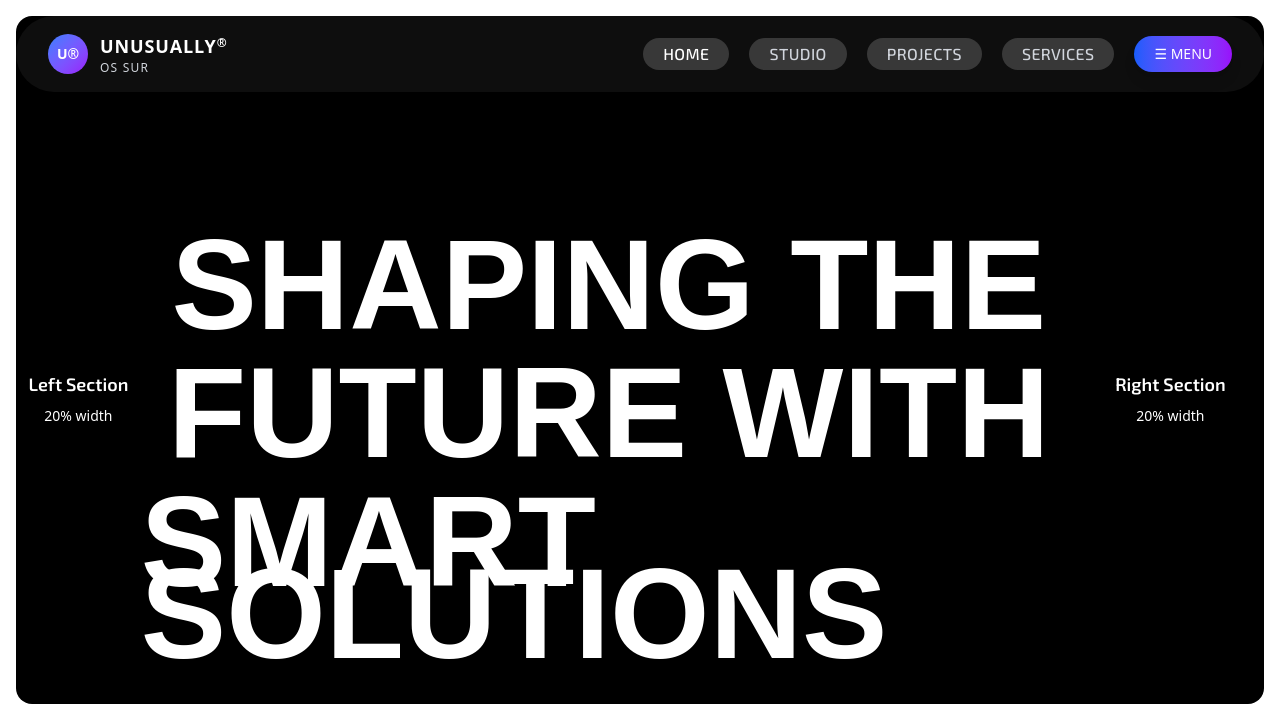
Repository: A-y-u-s-h-29/Digital-Express-India-With-Carrer-Page-And-RazorPay
Page: / (app in op/)
An editor plug-in stored every save of this project. The page is shown before and after the next save, followed by the edit.
The browser window is 1280 px wide. The pictures show the whole page.
Some web fonts or font styles are not loaded; a fallback is used. The project was rebuilt for these pictures with package versions that can differ from the ones it lists, and the page was loaded fresh each time. Also part of the build but not shown: op/vite.config.js.

Above is the page before, as saved 2025-12-04 14:56:44.

After the next save:
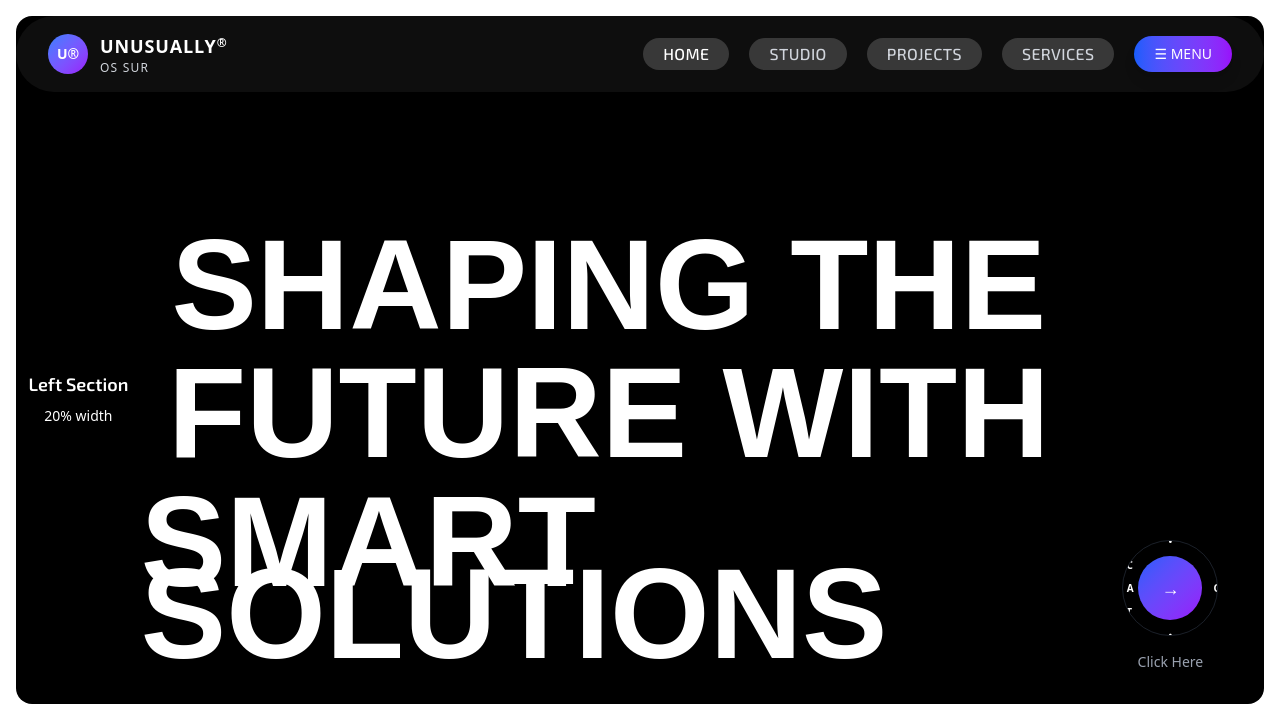
Saved 57 s later.
--- a/op/src/components/Home.jsx
+++ b/op/src/components/Home.jsx
@@ -55,12 +55,41 @@ function Home() {
   </div>
 </div>
           {/* Right Column - 20% width */}
-          <div className="w-[15%] flex items-center justify-center ">
-            <div className="text-white text-center">
-              <p className="exo font-semibold text-lg">Right Section</p>
-              <p className="text-sm mt-2">20% width</p>
-            </div>
-          </div>
+         <div className="w-[15%] flex items-end justify-center pb-8">
+  {/* Simple Circular Text Rotate Button */}
+  <div className="relative">
+    {/* Circular Text Container */}
+    <div className="w-24 h-24 rounded-full border border-gray-700/50 overflow-hidden relative group cursor-pointer hover:border-blue-500/50 transition-all duration-500">
+
+      {/* Rotating Text Circle */}
+      <div className="absolute inset-0 animate-spin-slow">
+        {/* Text arranged in circle */}
+        <div className="relative w-full h-full">
+          <span className="text-white text-[10px] font-bold absolute top-0 left-1/2 transform -translate-x-1/2 -translate-y-1/2">•</span>
+          <span className="text-white text-[10px] font-bold absolute top-1/4 left-full transform -translate-x-1/2 -translate-y-1/2">C</span>
+          <span className="text-white text-[10px] font-bold absolute top-1/2 left-full transform -translate-x-1/2 -translate-y-1/2">O</span>
+          <span className="text-white text-[10px] font-bold absolute top-3/4 left-full transform -translate-x-1/2 -translate-y-1/2">N</span>
+          <span className="text-white text-[10px] font-bold absolute bottom-0 left-1/2 transform -translate-x-1/2 translate-y-1/2">•</span>
+          <span className="text-white text-[10px] font-bold absolute top-3/4 left-0 transform translate-x-1/2 -translate-y-1/2">T</span>
+          <span className="text-white text-[10px] font-bold absolute top-1/2 left-0 transform translate-x-1/2 -translate-y-1/2">A</span>
+          <span className="text-white text-[10px] font-bold absolute top-1/4 left-0 transform translate-x-1/2 -translate-y-1/2">C</span>
+        </div>
+      </div>
+
+      {/* Center Circle */}
+      <div className="absolute inset-0 flex items-center justify-center">
+        <div className="w-16 h-16 rounded-full bg-gradient-to-br from-blue-600 to-purple-600 flex items-center justify-center group-hover:from-blue-700 group-hover:to-purple-700 transition-all duration-300">
+          <span className="text-white font-bold text-lg">→</span>
+        </div>
+      </div>
+    </div>
+
+    {/* Label Below */}
+    <div className="text-center mt-4">
+      <p className="text-gray-400 text-sm">Click Here</p>
+    </div>
+  </div>
+</div>
         </div>
 
 
